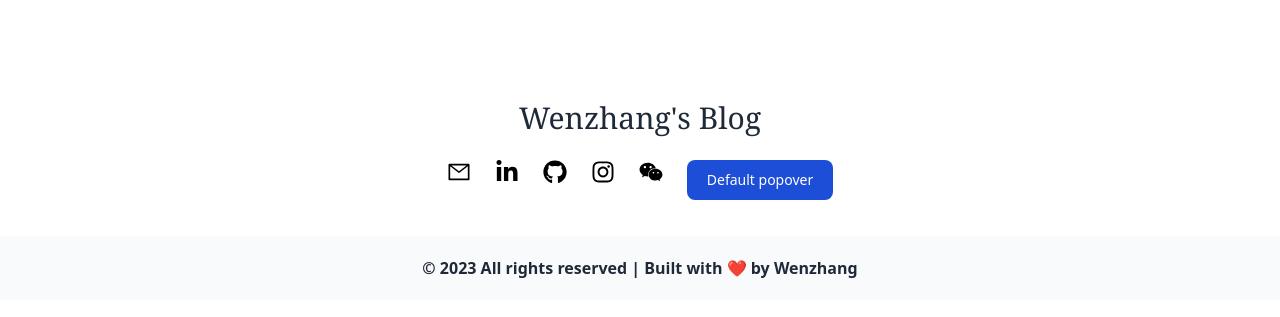
Repository: RealWenzhangGe/Wenzhang-s-Blog
Page: /components/Footer
These files come from the project's save history. The page is drawn as it stood at one moment and after the next save; the edit follows.
The browser window is 1280 px wide. The pictures show the whole page.
The project was rebuilt for these pictures with package versions that can differ from the ones it lists, and the page was loaded fresh each time. The framework's server and built-in components were replaced by stand-ins that run in the browser. Also part of the build but not shown: next.config.js.

Above is the page before, as saved 2023-02-28 18:21:29.

### pages/components/Footer.tsx
import { AiOutlineMail } from "react-icons/ai";
import { FaLinkedinIn, FaGithub, FaInstagram, FaWeixin } from "react-icons/fa";

function Footer() {
 return (
   <>
     <div
       className="flex flex-col items-start justify-around w-full h-auto pt-20 md:flex-row"
       id="contact"
     >
       <div className="p-5">
         <ul>
           <p className="pb-6 font-serif text-3xl text-center text-gray-800 cursor-pointer">
             Wenzhang's Blog
           </p>
           <div className="flex gap-6 pb-4">
             <a href="mailto:wenzhangge06@qq.com">
               {" "}
               <AiOutlineMail className="text-2xl cursor-pointer hover:text-gray-600" />
             </a>
             <a
               href="https://www.linkedin.com/in/wenzhang-ge-5679a821b/"
               target="_blank"
             >
               {" "}
               <FaLinkedinIn className="text-2xl cursor-pointer hover:text-blue-600" />
             </a>
             <a href="https://github.com/RealWenzhangGe" target="_blank">
               {" "}
               <FaGithub className="text-2xl cursor-pointer hover:text-gray-600" />
             </a>
             <a href="https://www.instagram.com/wenzhang.ge/" target="_blank">
               {" "}
               <FaInstagram className="text-2xl cursor-pointer hover:text-gray-600" />
             </a>
             <a>
              {" "}
              <FaWeixin className="text-2xl cursor-pointer hover:text-gray-600">


              </FaWeixin>

             </a>





<button data-popover-target="popover-default" type="button" className="text-white bg-blue-700 hover:bg-blue-800 focus:ring-4 focus:outline-none focus:ring-blue-300 font-medium rounded-lg text-sm px-5 py-2.5 text-center dark:bg-blue-600 dark:hover:bg-blue-700 dark:focus:ring-blue-800">Default popover</button>
<div data-popover id="popover-default" role="tooltip" className="absolute z-10 invisible inline-block w-64 text-sm font-light text-gray-500 transition-opacity duration-300 bg-white border border-gray-200 rounded-lg shadow-sm opacity-0 dark:text-gray-400 dark:border-gray-600 dark:bg-gray-800">
    <div className="px-3 py-2 bg-gray-100 border-b border-gray-200 rounded-t-lg dark:border-gray-600 dark:bg-gray-700">
        <h3 className="font-semibold text-gray-900 dark:text-white">Popover title</h3>
    </div>
    <div className="px-3 py-2">
        <p>And here's some amazing content. It's very engaging. Right?</p>
    </div>
    <div data-popper-arrow></div>
</div>







            </div>
         </ul>
       </div>
     </div>
     <div className="flex flex-col items-center justify-center p-5 text-center bg-gray-50">
       <h1 className="font-semibold text-gray-800 ">
         © 2023 All rights reserved | Built with ❤ by{" "}
         <span className="font-semibold cursor-pointer hover:text-blue-600">
           Wenzhang{" "}
         </span>
       </h1>
     </div>
   </>
 );
}

export default Footer;

### tailwind.config.js
/** @type {import('tailwindcss').Config} */
module.exports = {
  content: [
    './pages/**/*.{js,ts,jsx,tsx}',
    './components/**/*.{js,ts,jsx,tsx}',
    './app/**/*.{js,ts,jsx,tsx}',
  ],
  theme: {
    extend: {},
  },
  plugins: []
}

Loaded but not shown: pages/_app.tsx (common file); styles/globals.css (common file)

After the next save:
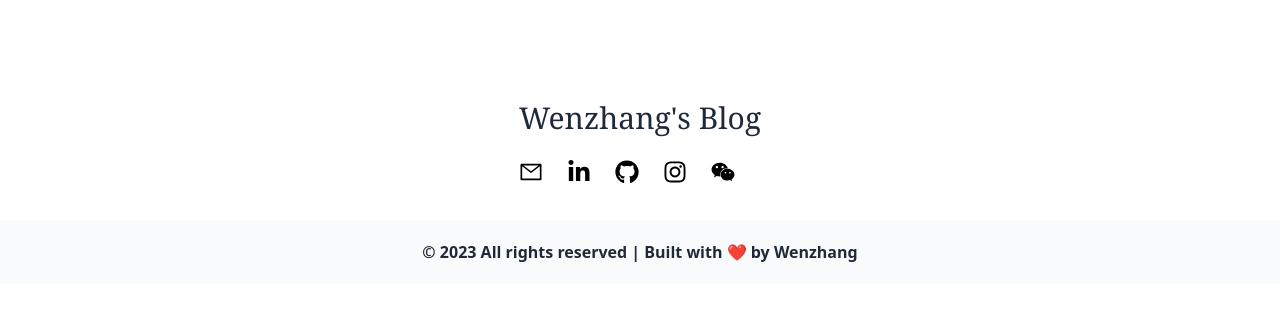
Saved 12 s later.
--- a/pages/components/Footer.tsx
+++ b/pages/components/Footer.tsx
@@ -46,16 +46,7 @@ function Footer() {
 
 
 
-<button data-popover-target="popover-default" type="button" className="text-white bg-blue-700 hover:bg-blue-800 focus:ring-4 focus:outline-none focus:ring-blue-300 font-medium rounded-lg text-sm px-5 py-2.5 text-center dark:bg-blue-600 dark:hover:bg-blue-700 dark:focus:ring-blue-800">Default popover</button>
-<div data-popover id="popover-default" role="tooltip" className="absolute z-10 invisible inline-block w-64 text-sm font-light text-gray-500 transition-opacity duration-300 bg-white border border-gray-200 rounded-lg shadow-sm opacity-0 dark:text-gray-400 dark:border-gray-600 dark:bg-gray-800">
-    <div className="px-3 py-2 bg-gray-100 border-b border-gray-200 rounded-t-lg dark:border-gray-600 dark:bg-gray-700">
-        <h3 className="font-semibold text-gray-900 dark:text-white">Popover title</h3>
-    </div>
-    <div className="px-3 py-2">
-        <p>And here's some amazing content. It's very engaging. Right?</p>
-    </div>
-    <div data-popper-arrow></div>
-</div>
+
 
 
 
